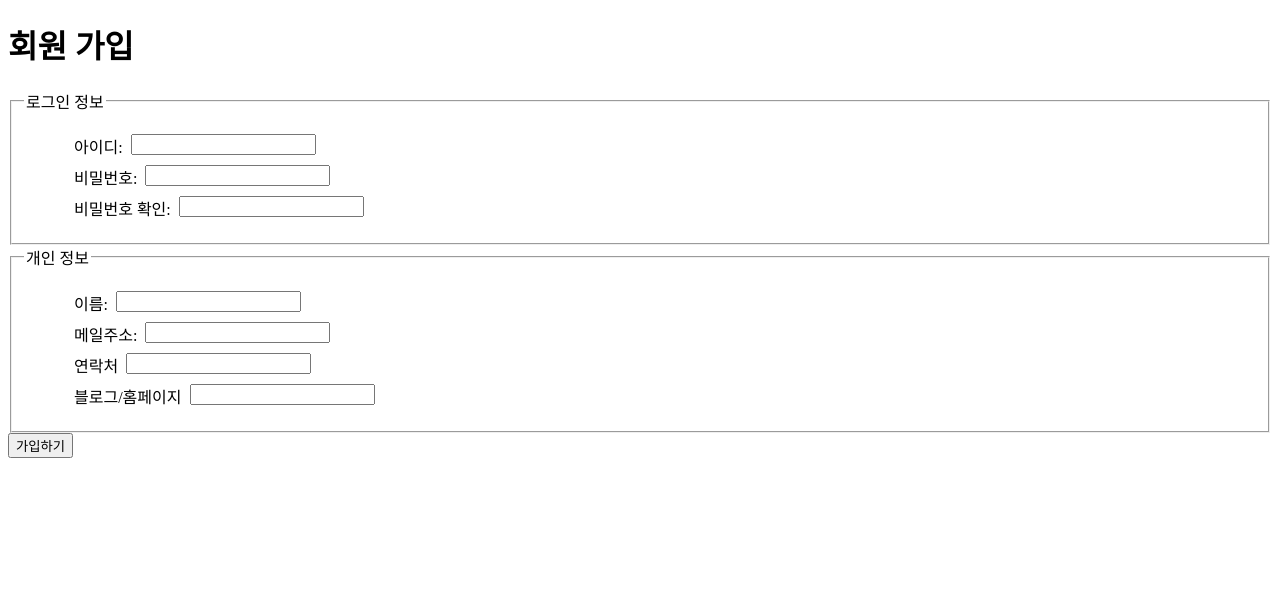
Repository: ygs3004/StudyHTML_CSS
Page: web project 01/src/main/webapp/chapter05/exam05_05_02.html
These files come from the project's save history. The page is drawn as it stood at one moment and after the next save; the edit follows.
The browser window is 1280 px wide. The pictures show the whole page.

Above is the page before, as saved 2022-08-05 03:08:02.

### web project 01/src/main/webapp/chapter05/exam05_05_02.html
<!DOCTYPE html>
<html>
<head>
<meta charset="UTF-8">
<title>Insert title here</title>
<style type = "text/css">
	ul{
		list-style:none; /* 리스트 번호매김 사라짐 */
	}

	li{
		margin:10px;  /* 위 아래 좌 우 전부 여백이 적용  */
	}


	li label{
/* 		width:120px;
		text-align:right; */

		float:left;			/* 전체 레이아웃 좌측 설정 */
		padding-right:8px;  /* 오른쪽 여백  */
	}

	input{
		text-align
	}
</style>
</head>
<body>
	<h1>회원 가입</h1>
	<form action="">
		<!-- <fieldset style="width:450px"   :  필드셋 크기 조절> -->
		<fieldset>
		<legend>로그인 정보</legend>
			<ul>
			<li><label for="user_id">아이디:</label>
				<input type ="text" id="id">
				</li>
			<li><label for="pwd1">비밀번호:</label>
				 <input type="password" id="pwd1">
				</li>
			<li><label for="pwd2">비밀번호 확인:</label>
			<input type="password" id="pwd2">
				</li>
			</ul>
		</fieldset>

		<fieldset>
		<legend>개인 정보</legend>
			<ul>
			<li><label for="user_name">이름:</label>
				<input type ="text" name="user_name">
				</li>
			<li><label for="mail">메일주소:</label>
				<input type="text" id="mail">
				</li>
			<li><label for="phone">연락처</label>
				<input type="tel" id="phone">
				</li>
			<li><label for="homeP">블로그/홈페이지</label>
				<input type="urL" id="homeP">
				</li>
		</ul>
		</fieldset>
		<input type="submit" value="가입하기">
	</form>
</body>
</html>

After the next save:
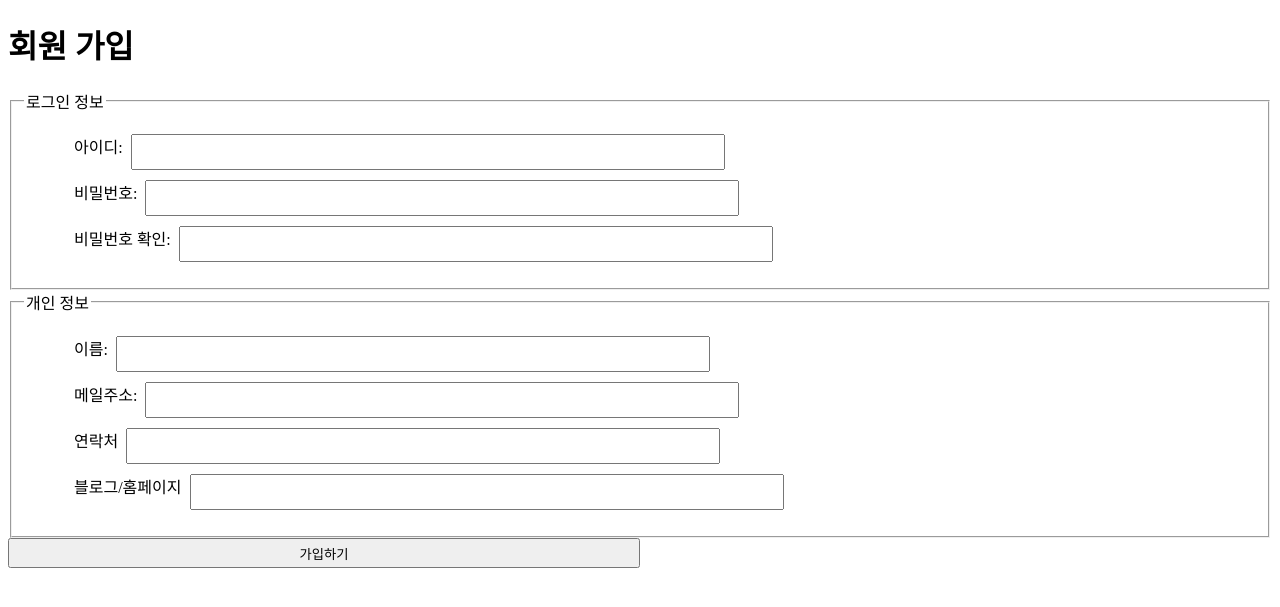
Saved 2 min 24 s later.
--- a/web project 01/src/main/webapp/chapter05/exam05_05_02.html
+++ b/web project 01/src/main/webapp/chapter05/exam05_05_02.html
@@ -22,7 +22,9 @@
 	}
 
 	input{
-		text-align
+		text-align : center;
+		width : 50%;
+		height :30px
 	}
 </style>
 </head>
